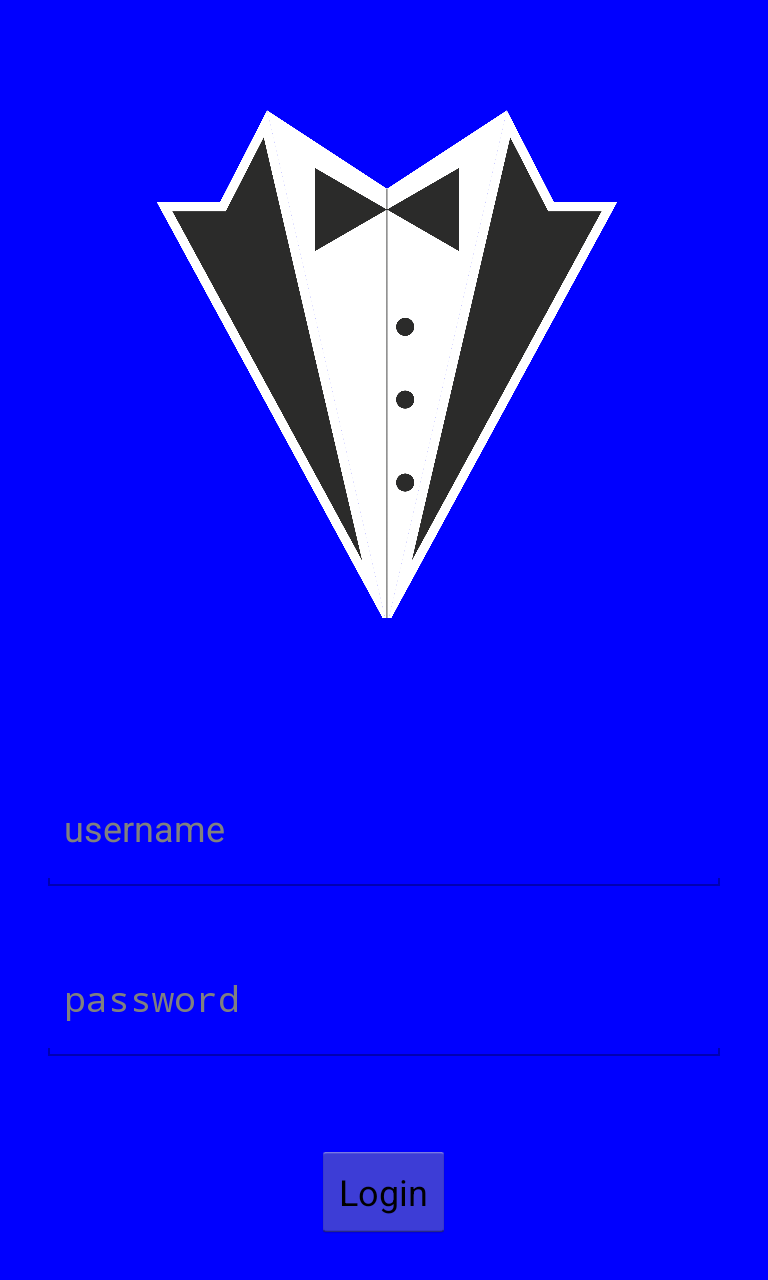
Repository: oszalex/SpryAndroid
Layout: android/Bro/res/layout/activity_main.xml
These files come from the project's save history. The layout is drawn as it stood at one moment and after the next save; the edit follows.
It is drawn on a 768 x 1280 px phone screen (xhdpi) without system bars, with theme AppTheme; the app's code is not run.

Above is the layout before, as saved 2014-01-21 16:44:15.

After the next save:
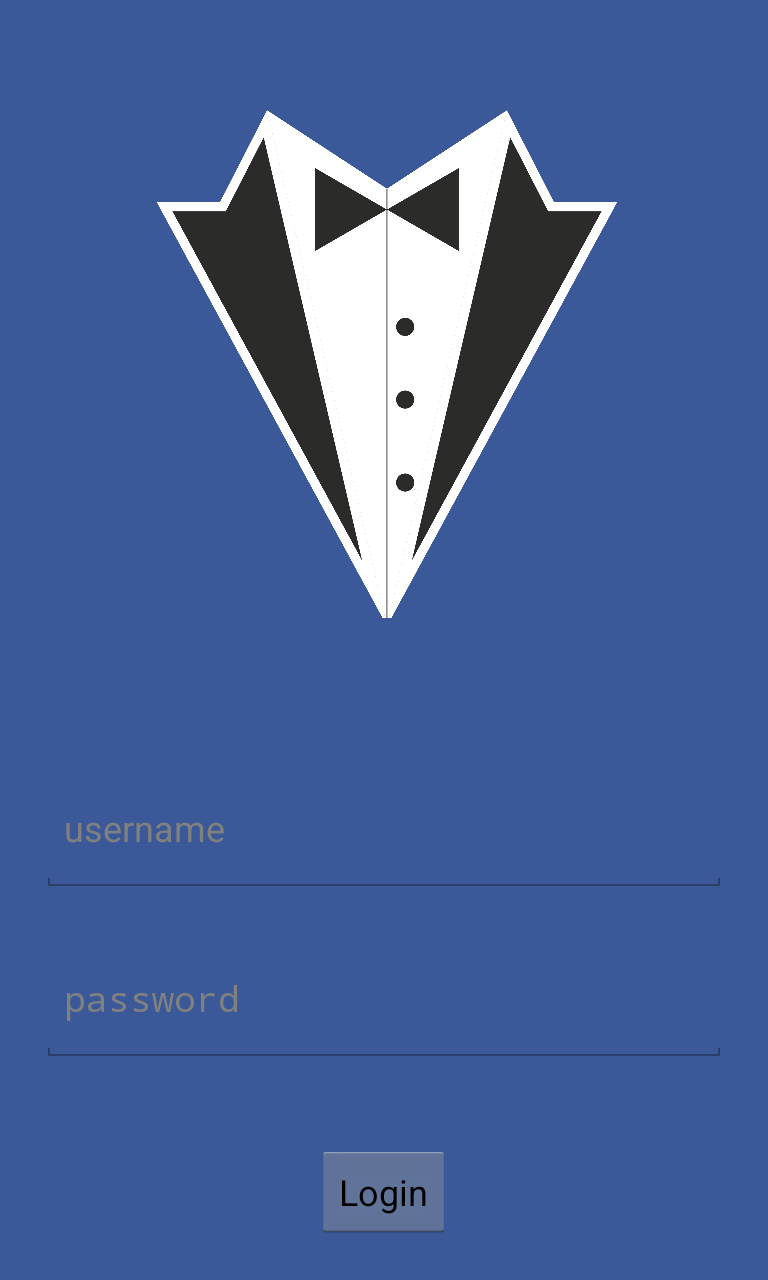
Saved 91 s later.
--- a/android/Bro/res/layout/activity_main.xml
+++ b/android/Bro/res/layout/activity_main.xml
@@ -3,7 +3,7 @@
     android:layout_width="match_parent"
     android:layout_height="match_parent"
     android:orientation="vertical"
-    android:background="#0000ff">
+    android:background="#3B5998">
 
     <ImageView
         android:id="@+id/logo"
